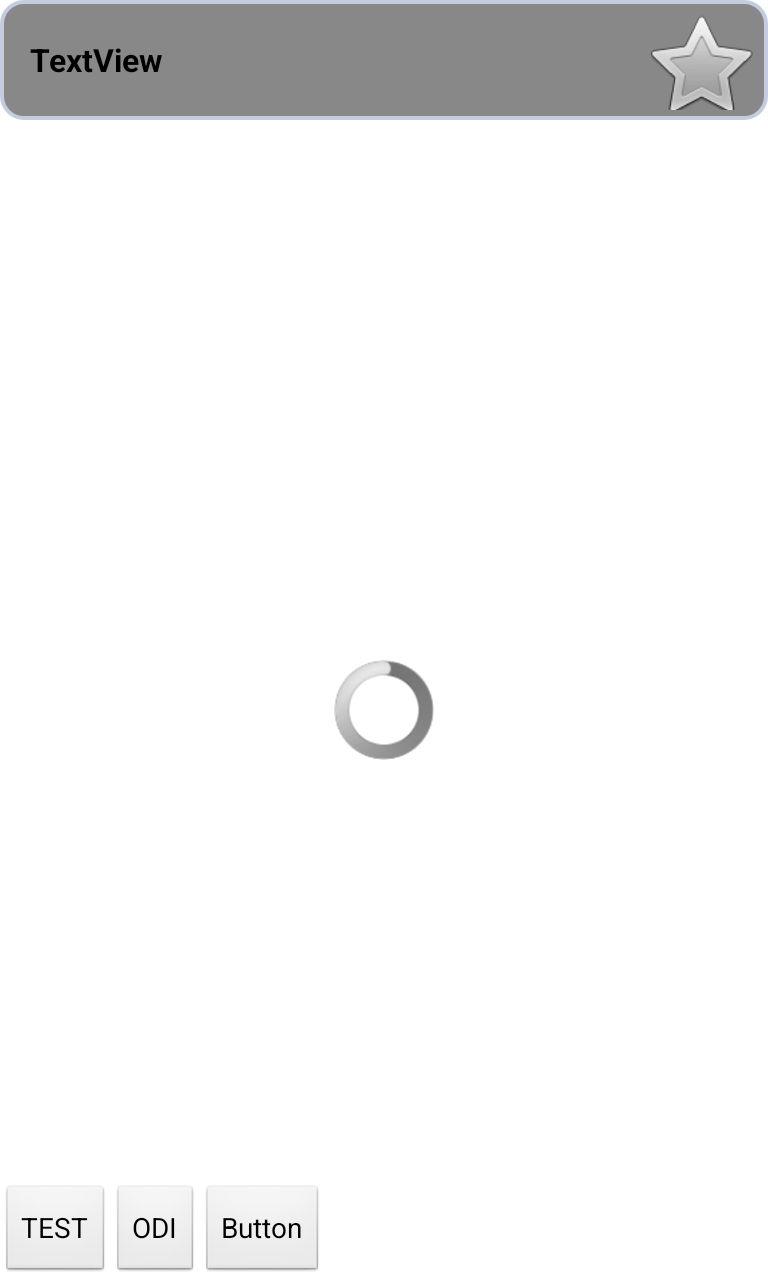
Repository: vinothsridhar/CrickBuzzChallenge
Layout: CricBuzzAndroidApp/res/layout/activity_playerprofile.xml
An editor plug-in stored every save of this project. The layout is shown before and after the next save, followed by the edit.
It is drawn on a 768 x 1280 px phone screen (xhdpi) without system bars, with theme AppTheme; the app's code is not run.

Above is the layout before, as saved 2014-12-20 14:33:25.

After the next save:
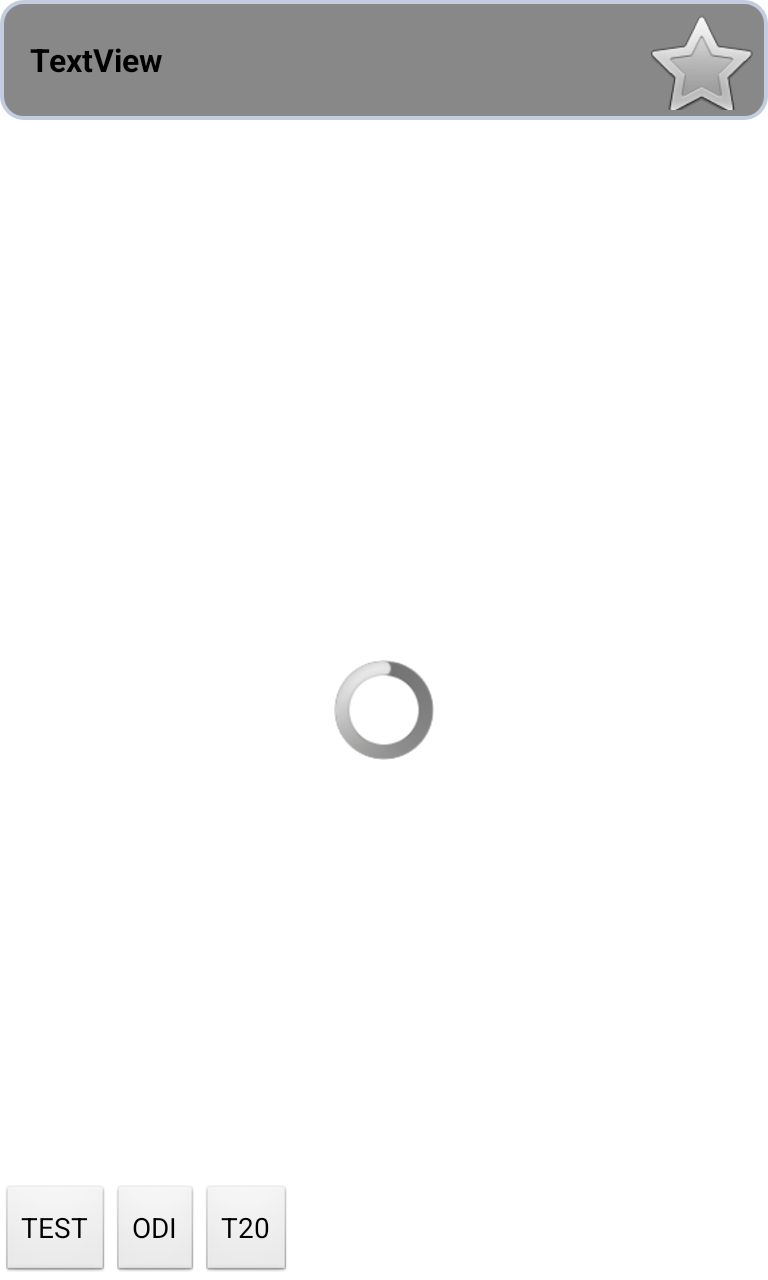
Saved 7 s later.
--- a/CricBuzzAndroidApp/res/layout/activity_playerprofile.xml
+++ b/CricBuzzAndroidApp/res/layout/activity_playerprofile.xml
@@ -46,7 +46,7 @@
                     android:id="@+id/t20"
                     android:layout_width="wrap_content"
                     android:layout_height="wrap_content"
-                    android:text="Button" />
+                    android:text="@string/t20_text" />
 
             </LinearLayout>
         </RelativeLayout>
